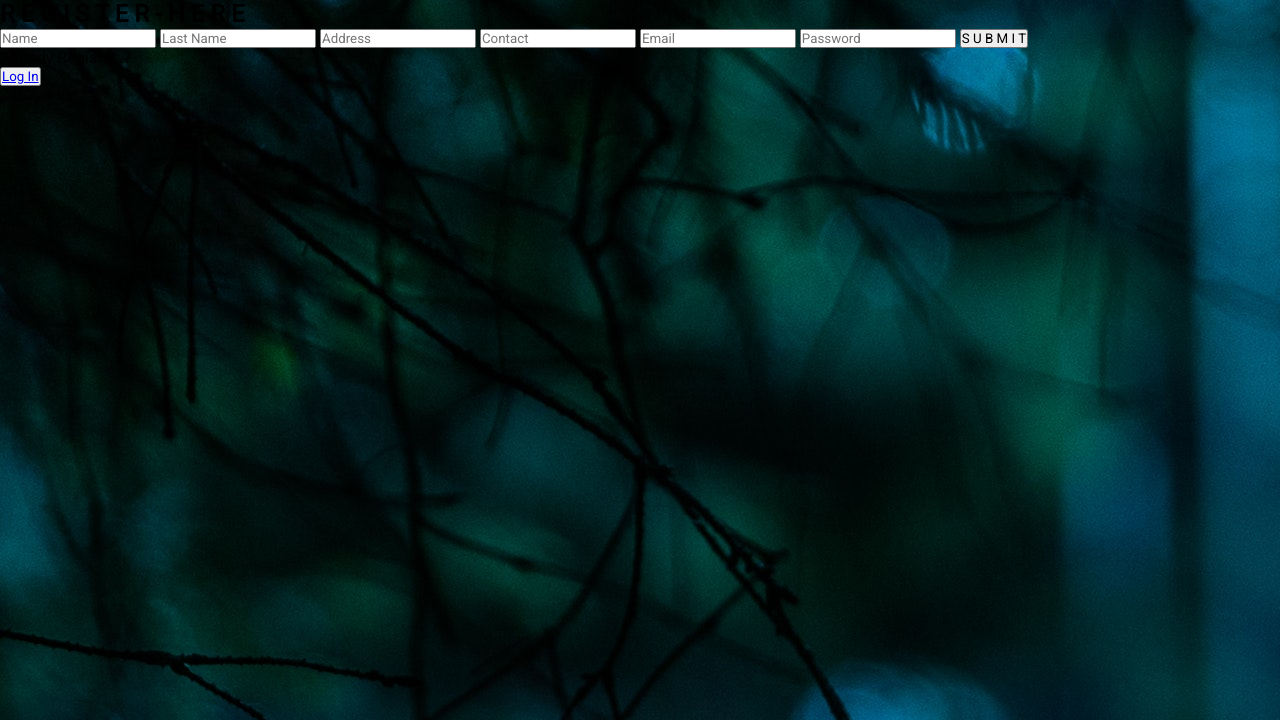
Repository: Krushna26nk/WebApplication
Page: http://localhost/Application/
An editor plug-in stored every save of this project. The page is shown before and after the next save, followed by the edit.
The browser window is 1280 px wide. The pictures show the whole page.
The page is served by Tomcat 9.

Above is the page before, as saved 2019-05-31 12:58:32.

After the next save:
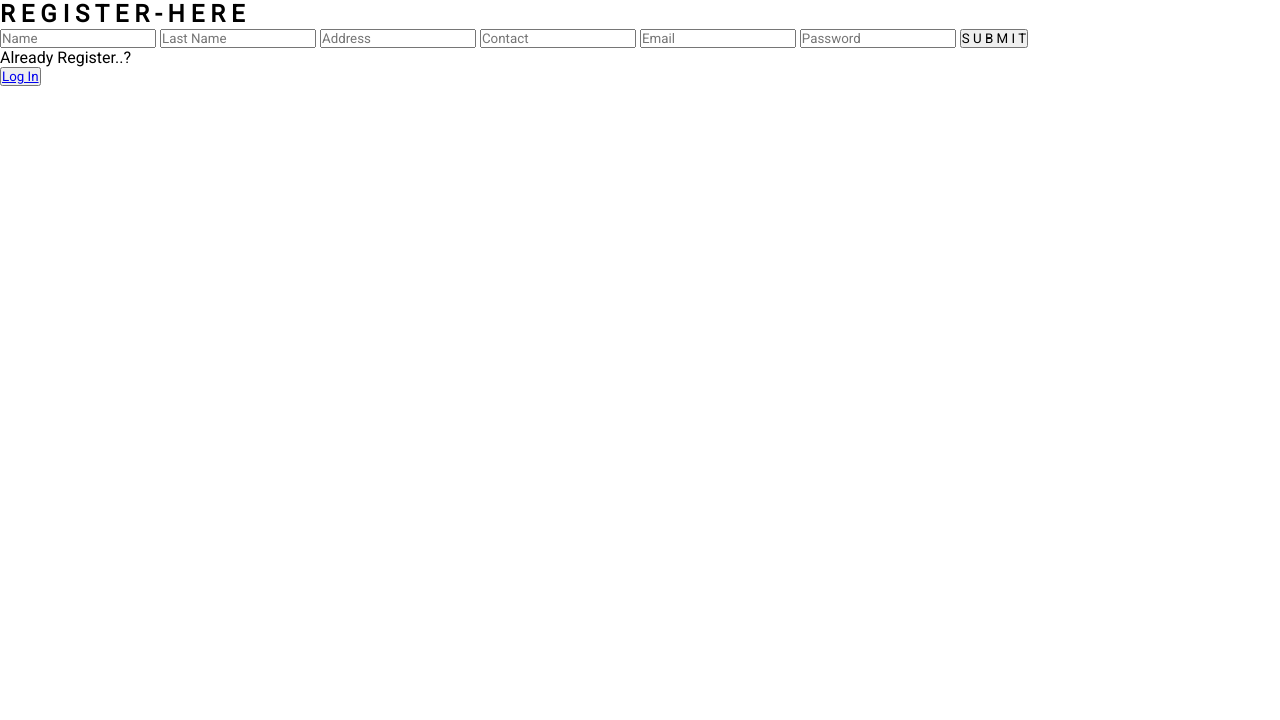
Not found: web/Application/home/admin1/Desktop/blur.jpg
Saved 8 s later.
--- a/web/Application/WebContent/Style.css
+++ b/web/Application/WebContent/Style.css
@@ -8,5 +8,5 @@
 	font-family: 'Roboto', sans-serif;
 }
 body{
-	background-image: url("blur.jpg");
+	background: url("/home/admin1/Desktop/blur.jpg");
 }

After the 2 saves that followed:
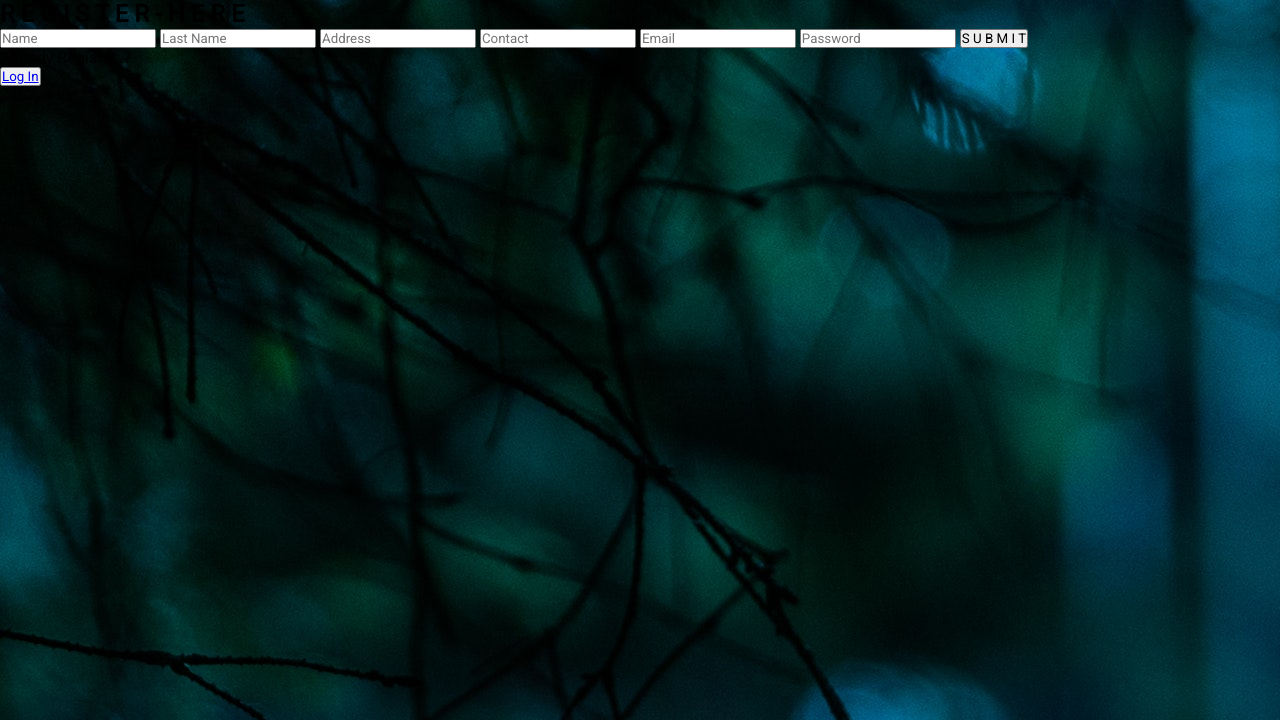
The 2 saves are shown as one change because 1 left the picture as it was.
The last was saved 4 min 10 s later.
--- a/web/Application/WebContent/Style.css
+++ b/web/Application/WebContent/Style.css
@@ -8,5 +8,5 @@
 	font-family: 'Roboto', sans-serif;
 }
 body{
-	background: url("/home/admin1/Desktop/blur.jpg");
+	background: url('blur.jpg');
 }
